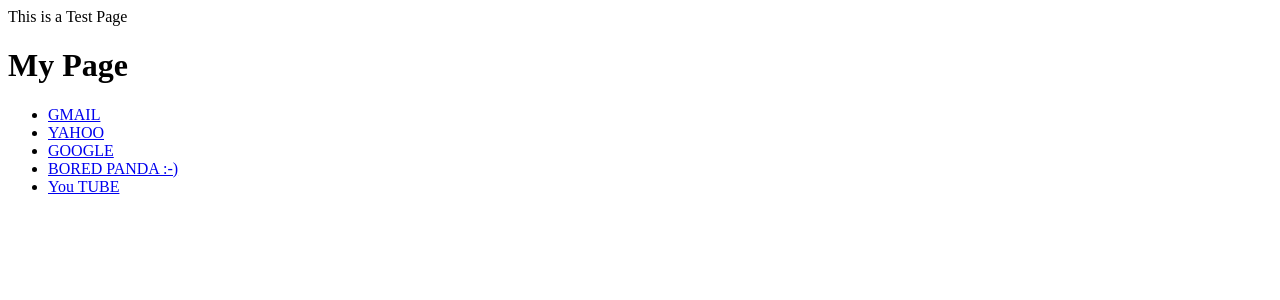
Repository: ShubhankarRaj/JavaCodingPractise
Page: Eclipse Workspace/myProject/src/htmlFiles/First.html
An editor plug-in stored every save of this project. The page is shown before and after the next save, followed by the edit.
The browser window is 1280 px wide. The pictures show the whole page.

Above is the page before, as saved 2014-06-03 05:49:38.

### Eclipse Workspace/myProject/src/htmlFiles/First.html
<!DOCTYPE html PUBLIC "-//W3C//DTD HTML 4.01 Transitional//EN" "http://www.w3.org/TR/html4/loose.dtd">
<html>
<head>
<meta http-equiv="Content-Type" content="text/html; charset=ISO-8859-1">
<title>Insert title here</title>
</head>
<body>
	This is a Test Page
	<header>
	<h1>My Page</h1>
	<nav>
		<ul>
		<li><a href="http://gmail.com">GMAIL</a></li>
		<li><a href="http://yahoo.co.in">YAHOO</a></li>
		<li><a href="http://google.com">GOOGLE</a></li>
		<li><a href="http://boredpanda.com">BORED PANDA :-)</a></li>
		<li><a href="http://youtube.com">You TUBE</a></li>
		</ul>

	</nav>
	</header>
	<div></div>
	<footer></footer>
</body>
</html>

After the next save:
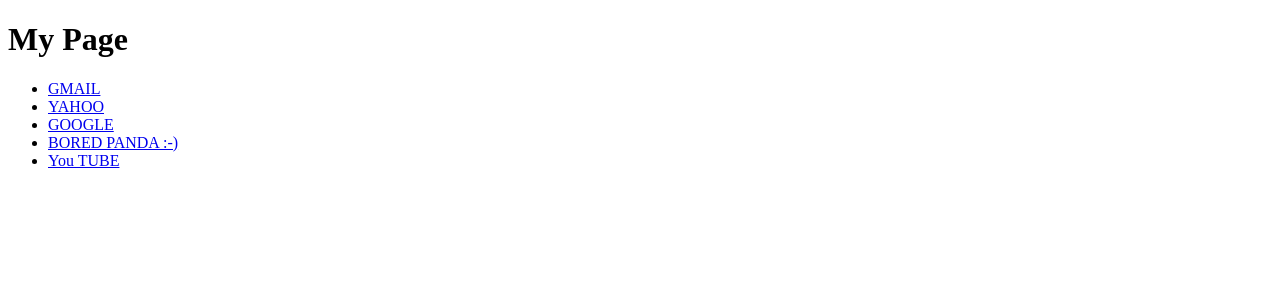
Saved 12 s later.
--- a/Eclipse Workspace/myProject/src/htmlFiles/First.html
+++ b/Eclipse Workspace/myProject/src/htmlFiles/First.html
@@ -5,7 +5,7 @@
 <title>Insert title here</title>
 </head>
 <body>
-	This is a Test Page
+
 	<header>
 	<h1>My Page</h1>
 	<nav>
